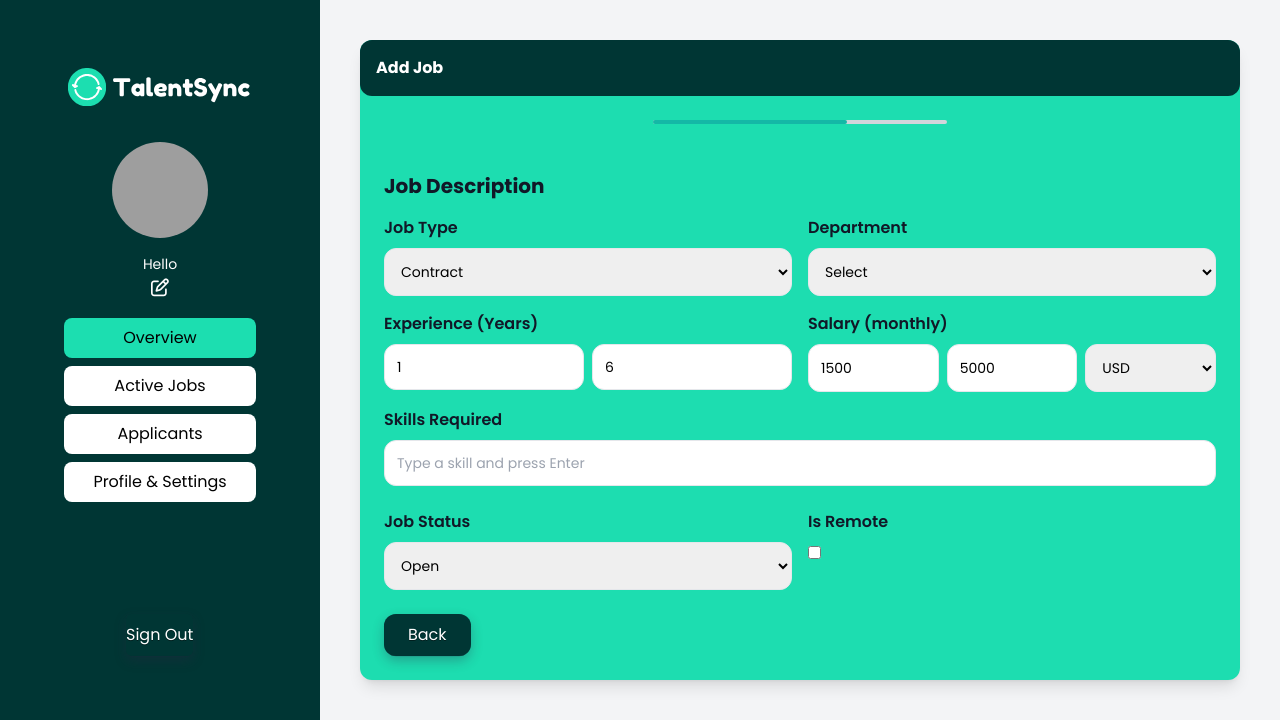
Repository: AbdullahScriptStudio/TalentSync
Page: http://localhost/recruiter/create/step2/
An editor plug-in stored every save of this project. The page is shown before and after a run of saves, followed by the edit.
The browser window is 1280 px wide. The pictures show the whole page.
Pictures or frames that could not be fetched are drawn as grey boxes. Some web libraries are served in a nearby version. The page is served by the project's application, run on Django 5.2 (manage.py).

Above is the page before, as saved 2025-03-25 15:49:39.

After the next 2 saves:
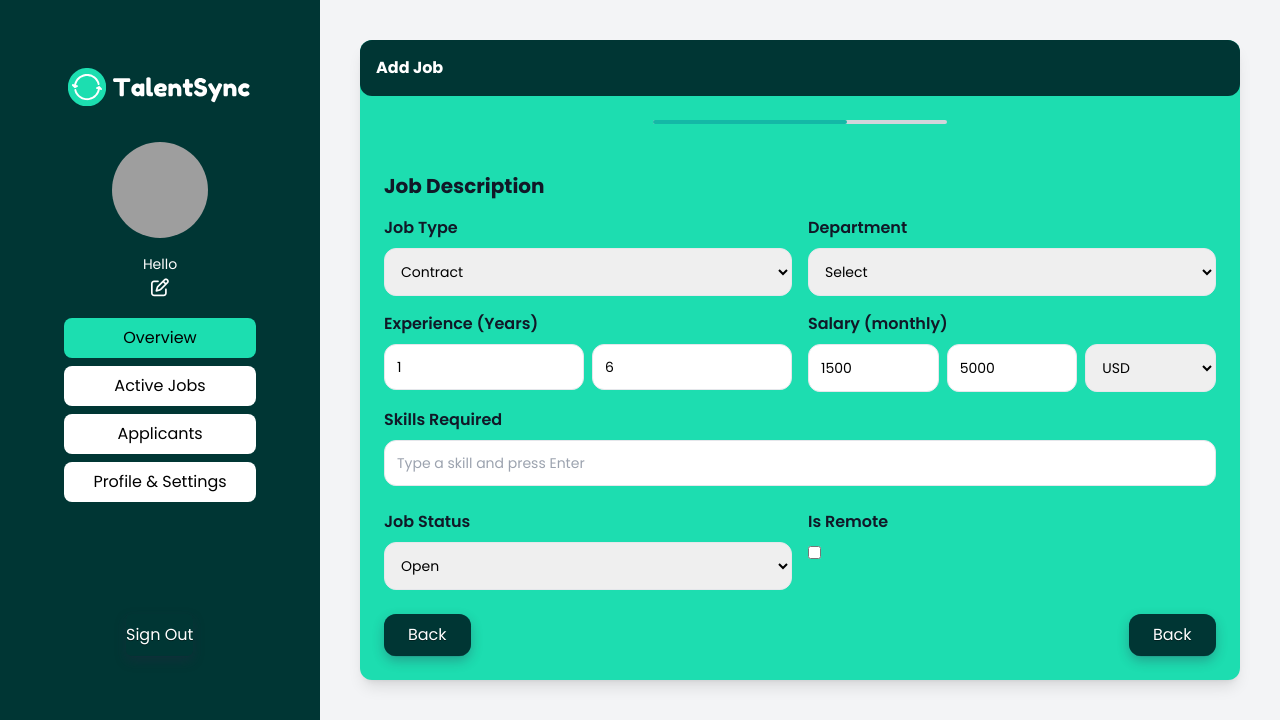
The 2 saves are shown as one change because they came seconds apart.
The last was saved 8 s later.
--- a/recruiter/templates/recruiter/job_form_step2.html
+++ b/recruiter/templates/recruiter/job_form_step2.html
@@ -169,7 +169,8 @@
                         <div class="flex justify-between mt-6">
                             <!-- Back Button Link to Step 1 -->
                             <button class="bg-[#003634] text-white py-2 px-6 rounded-xl" type="button" onclick="window.location.href='/recruiter/create/step1/'">Back</button>
-                            <!--<button class="bg-[#003634] text-white py-2 px-6 rounded-xl" type="submit">Next</button>
+                            <!--<button class="bg-[#003634] text-white py-2 px-6 rounded-xl" type="submit">Next</button> -->
+                            <button class="bg-[#003634] text-white py-2 px-6 rounded-xl" type="button" onclick="window.location.href='/recruiter/create/step1/'">Back</button>
                         </div>
                     </form>
                 </div>
